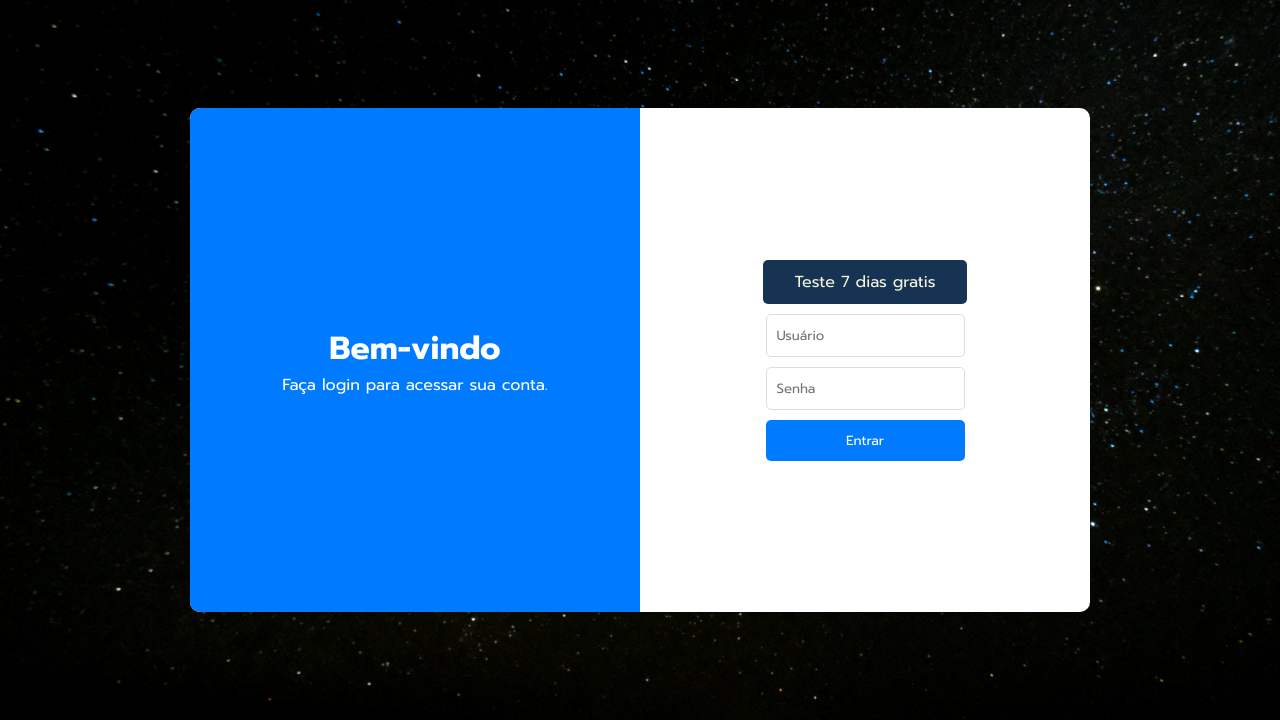
Repository: joao-paulo-paiva/tela-login
Page: index.html
These files come from the project's save history. The page is drawn as it stood at one moment and after the next save; the edit follows.
The browser window is 1280 px wide. The pictures show the whole page.

Above is the page before, as saved 2025-04-15 11:29:07.

### index.html
<!DOCTYPE html>
<html lang="pt-br">
<head>
    <meta charset="UTF-8">
    <meta name="viewport" content="width=device-width, initial-scale=1.0">
    <title>Tela de Login</title>
    <link rel="stylesheet" href="style.css">
    <link rel="preconnect" href="https://fonts.googleapis.com">
    <link rel="preconnect" href="https://fonts.gstatic.com" crossorigin>
    <link href="https://fonts.googleapis.com/css2?family=DM+Sans:ital,opsz,wght@0,9..40,100..1000;1,9..40,100..1000&family=Montserrat:ital,wght@0,100..900;1,100..900&family=Prompt:ital,wght@0,100;0,200;0,300;0,400;0,500;0,600;0,700;0,800;0,900;1,100;1,200;1,300;1,400;1,500;1,600;1,700;1,800;1,900&display=swap" rel="stylesheet">
</head>
<body>
    <div class="container">
        <div class="esquerda">
            <h1>Bem-vindo</h1>
            <p class="">Faça login para acessar sua conta.</p>
        </div>
        <div class="direita">
            <a href="#" class="teste-gratis"><p>Teste 7 dias gratis</p></a>
            <form action="#" method="POST">
                <input type="text" placeholder="Usuário" required>
                <input type="password" placeholder="Senha" required>
                <button type="submit">Entrar</button>
            </form>
        </div>
    </div>
</body>
</html>

### style.css
* {
    margin: 0;
    padding: 0;
    box-sizing: border-box;
    font-family: "Prompt", sans-serif;
}

body {
    display: flex;
    justify-content: center;
    align-items: center;
    height: 100vh;
    background-image: url(./imagens/pexels-francesco-ungaro-998641.jpg);
    background-size: cover;
    background-position: center;
    background-repeat: no-repeat;
}

.container {
    display: flex;
    height: 70%;
    width: 80%;
    max-width: 900px;
    background: white;
    border-radius: 10px;
    overflow: hidden;
}

.esquerda, .direita {
    width: 50%;
    padding: 40px;
}

.esquerda {
    background-color: #007bff;
    color: white;
    display: flex;
    flex-direction: column;
    justify-content: center;
    align-items: center;
}

.direita {
    display: flex;
    flex-direction: column;
    justify-content: center;
    align-items: center;
}

input {
    display: block;
    width: 100%;
    padding: 10px;
    margin: 10px 0;
    border: 1px solid #ddd;
    border-radius: 5px;
}
.teste-gratis {
    display: flex;
    justify-content: center; /* Centraliza horizontalmente */
    align-items: center; /* Centraliza verticalmente */
    width: 55%;
    padding: 10px;
    background-color: #163353;
    text-decoration: none;
    color: beige;
    border-radius: 5px;
    text-align: center; /* Garante que o texto esteja centralizado dentro do bloco */
}

button {
    width: 100%;
    padding: 10px;
    background-color: #007bff;
    color: white;
    border: none;
    border-radius: 5px;
    cursor: pointer;
}

After the next save:
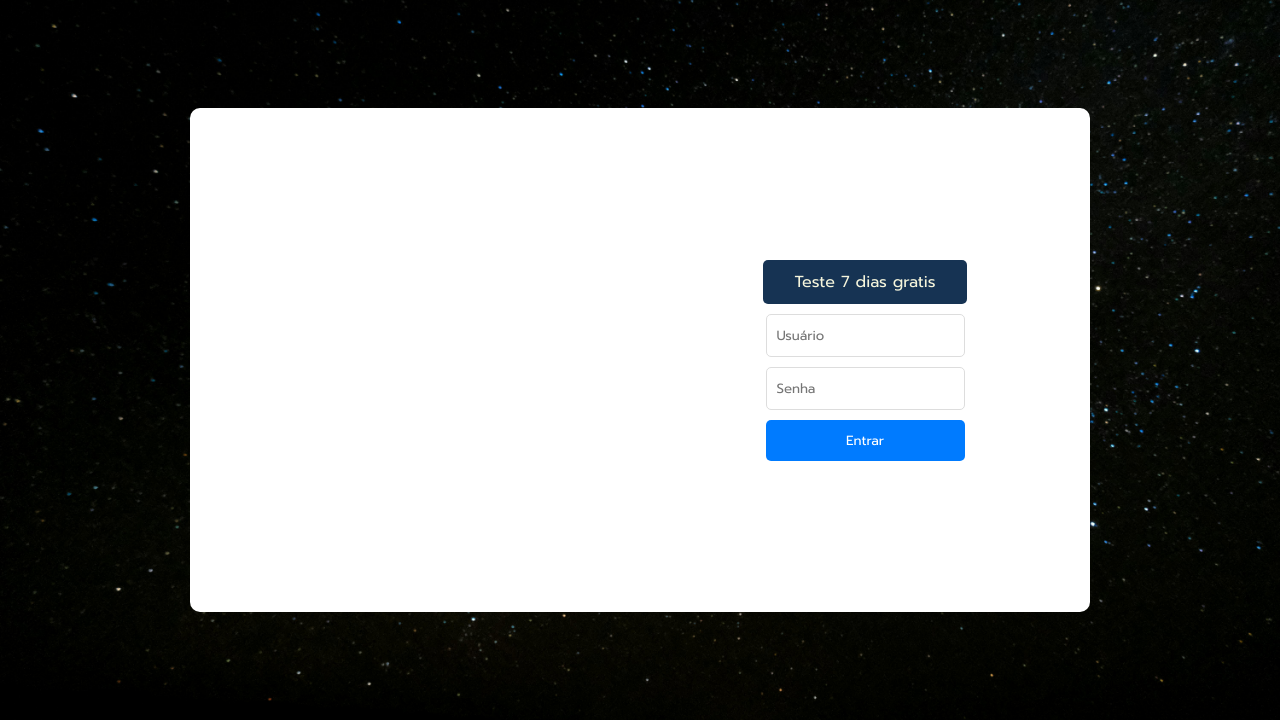
Saved 86 s later.
--- a/style.css
+++ b/style.css
@@ -32,7 +32,7 @@
 }
 
 .esquerda {
-    background-color: #007bff;
+
     color: white;
     display: flex;
     flex-direction: column;

After the save that followed:
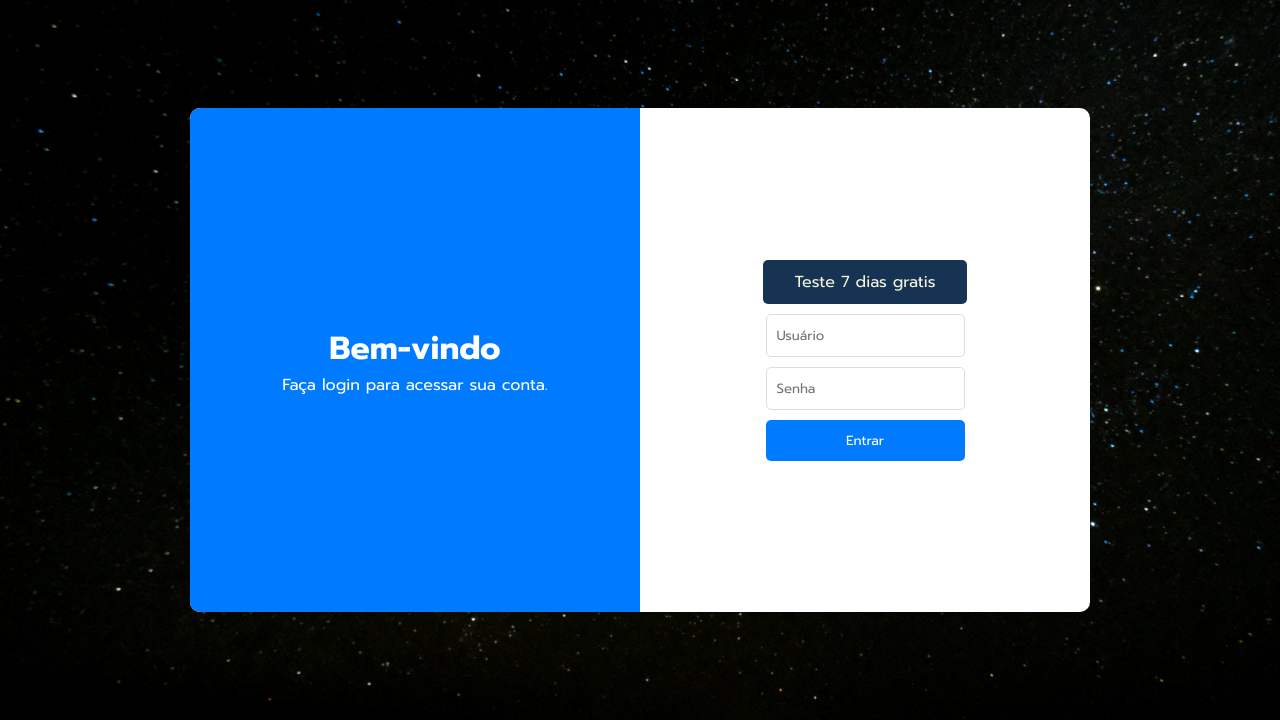
Saved 5 s later.
--- a/style.css
+++ b/style.css
@@ -32,7 +32,7 @@
 }
 
 .esquerda {
-
+    background-color: #007bff;
     color: white;
     display: flex;
     flex-direction: column;
